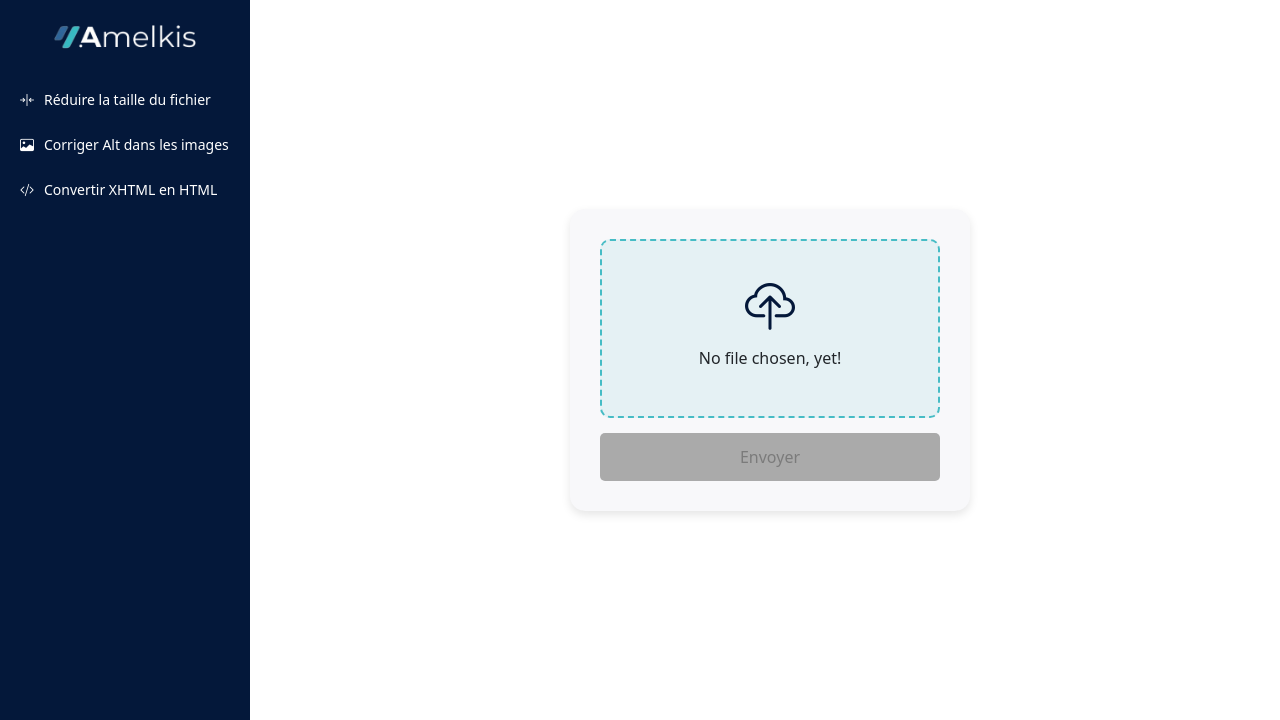
Repository: NorelhoudaB/extra
Page: /reduire (app in frontend/)
The author's editor kept a copy of each file at every save. The page is drawn from the files as they stood at one save, then again after the next save.
The browser window is 1280 px wide. The pictures show the whole page.
The project was rebuilt for these pictures with package versions that can differ from the ones it lists, and the page was loaded fresh each time. Also part of the build but not shown: frontend/vite.config.ts.

Above is the page before, as saved 2025-03-14 12:43:36.

After the next save:
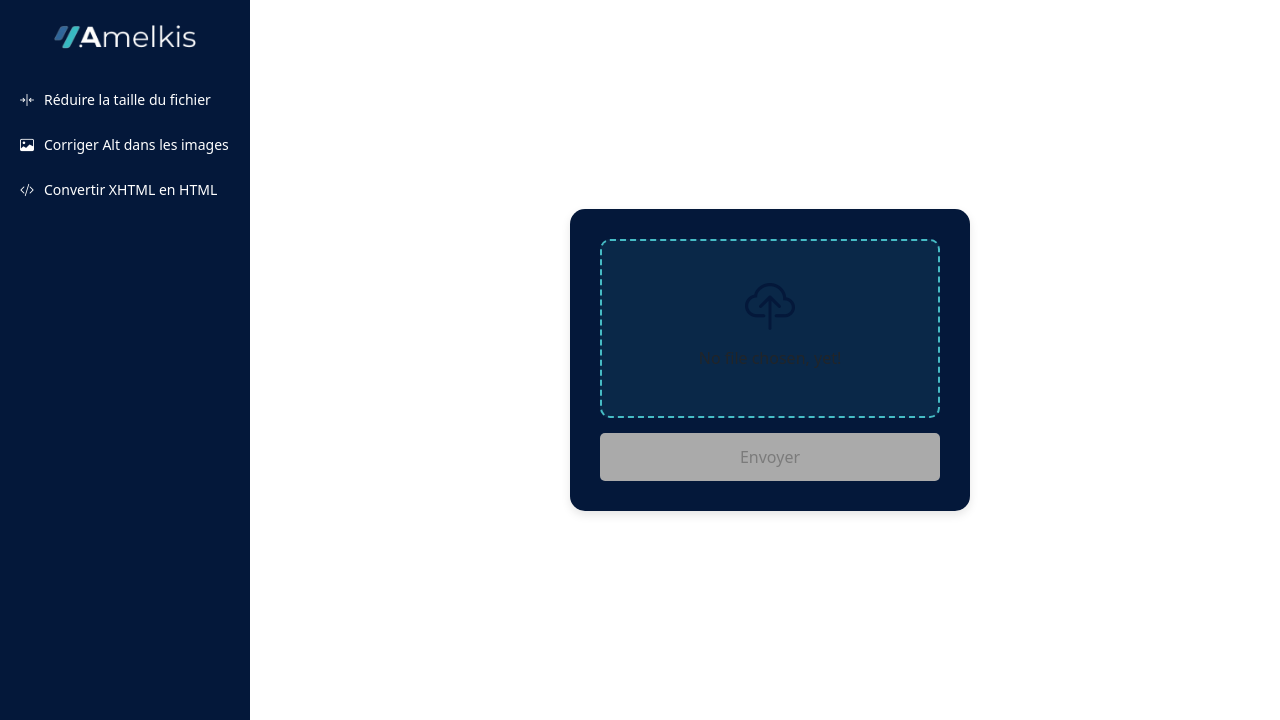
Saved 48 s later.
--- a/frontend/src/components/FileUpload.vue
+++ b/frontend/src/components/FileUpload.vue
@@ -72,7 +72,7 @@
   align-items: center;
   gap: 15px;
   padding: 30px;
-  background-color: #F8F8FA;
+  background-color: #04183A;
   border-radius: 15px;
   width: 400px;
   text-align: center;

After the save that followed:
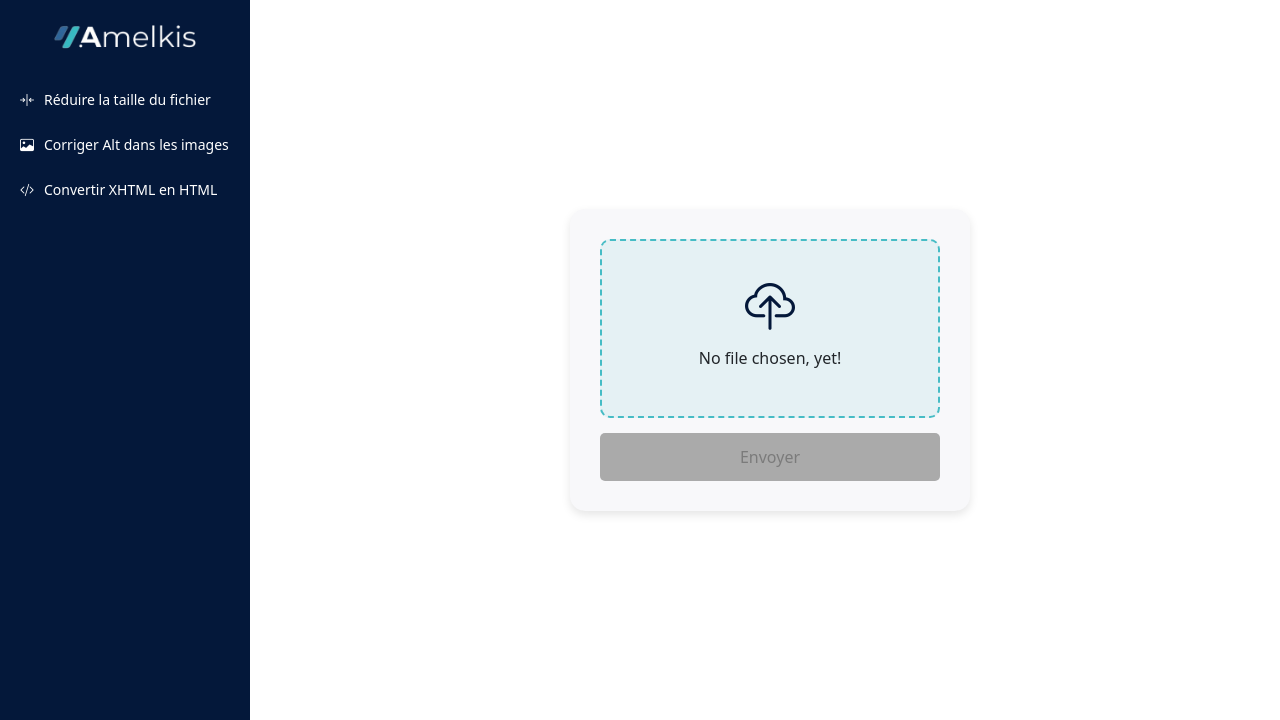
Saved 26 s later.
--- a/frontend/src/components/FileUpload.vue
+++ b/frontend/src/components/FileUpload.vue
@@ -72,7 +72,7 @@
   align-items: center;
   gap: 15px;
   padding: 30px;
-  background-color: #04183A;
+  background-color: #F8F8FA;
   border-radius: 15px;
   width: 400px;
   text-align: center;
